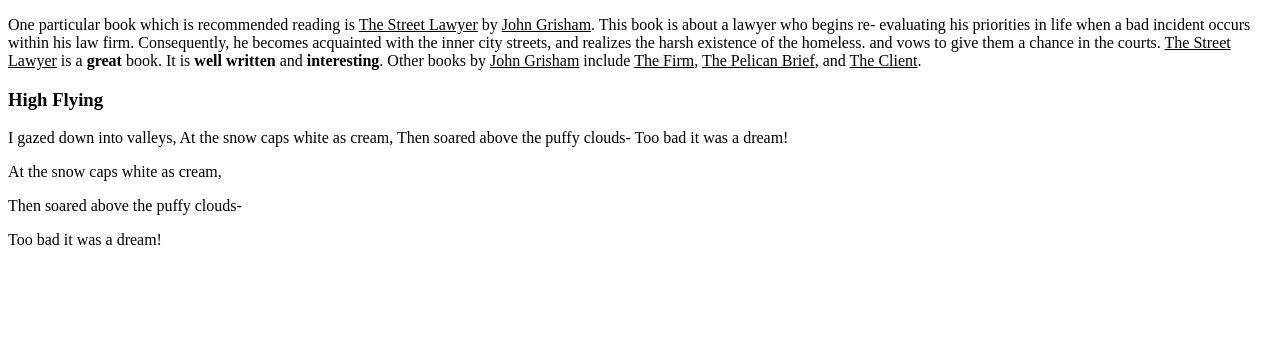
Repository: NguyenPhuSang21023391/HTCNWeb_T1-2
Page: TH_Tuan01/html/bai03.html
An editor plug-in stored every save of this project. The page is shown before and after the next save, followed by the edit.
The browser window is 1280 px wide. The pictures show the whole page.

Above is the page before, as saved 2023-02-19 15:41:43.

After the next save:
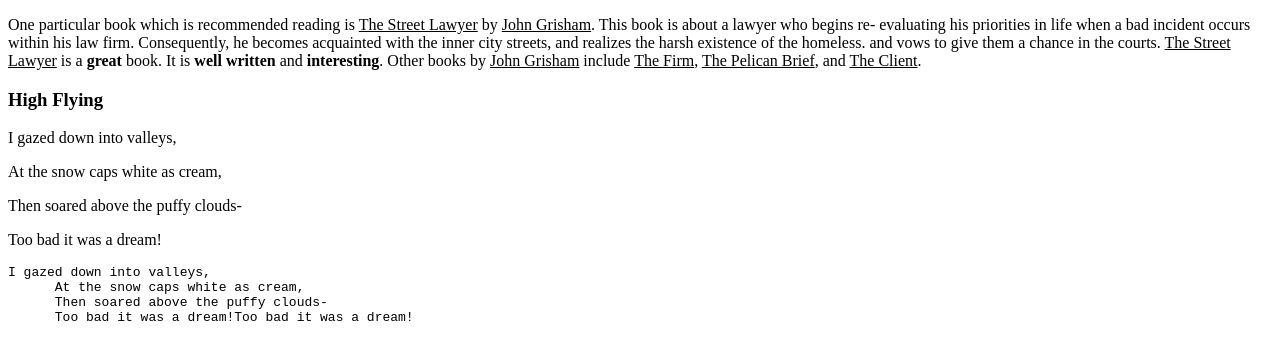
Saved 6 min 35 s later.
--- a/TH_Tuan01/html/bai03.html
+++ b/TH_Tuan01/html/bai03.html
@@ -21,12 +21,16 @@
     </p>
 
     <h3>High Flying</h3>
-    <p style="text-align: left: ;;">
-      I gazed down into valleys, At the snow caps white as cream, Then soared
-      above the puffy clouds- Too bad it was a dream!
-    </p>
+    <p style="text-align: left: ;;">I gazed down into valleys,</p>
     <p style="text-align: left: ;;">At the snow caps white as cream,</p>
     <p style="text-align: left: ;;">Then soared above the puffy clouds-</p>
     <p style="text-align: left: ;;">Too bad it was a dream!</p>
+
+    <pre style="text-align:  ;">
+I gazed down into valleys,
+      At the snow caps white as cream,
+      Then soared above the puffy clouds-
+      Too bad it was a dream!Too bad it was a dream!</pre
+    >
   </body>
 </html>
